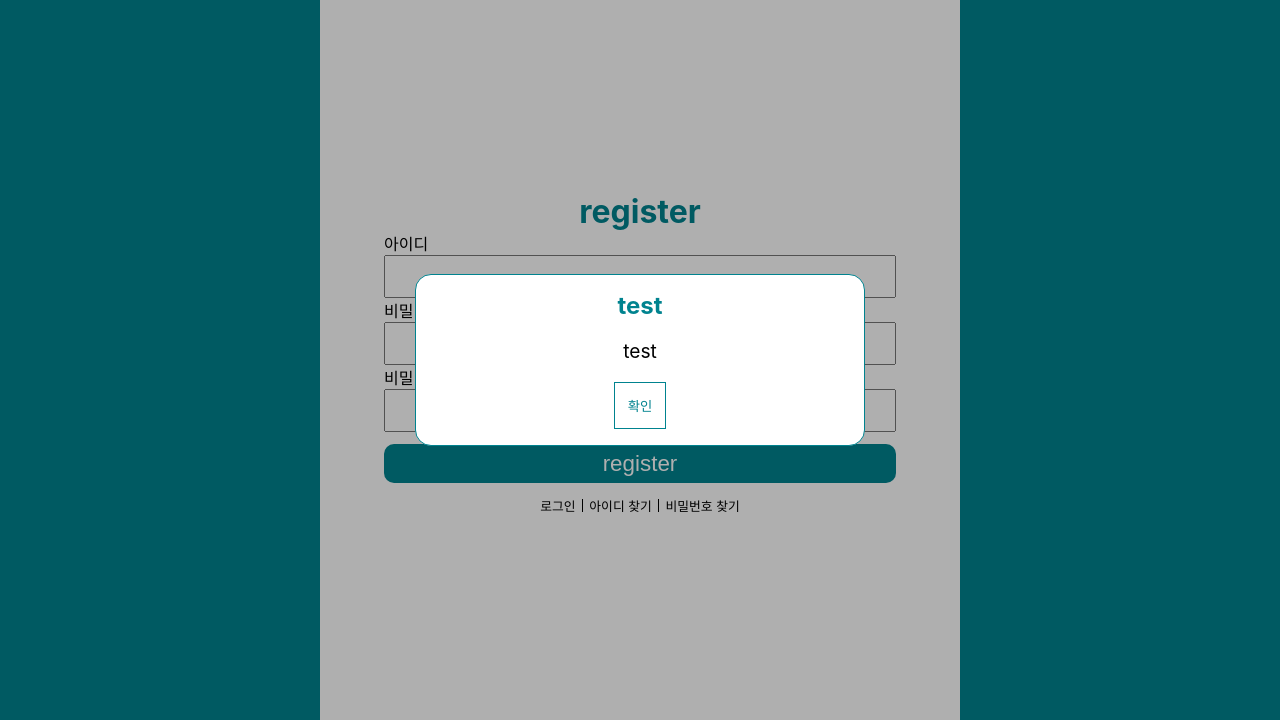
Repository: SeungYn/ticktickup-client
Page: /register
An editor plug-in stored every save of this project. The page is shown before and after the next save, followed by the edit.
The browser window is 1280 px wide. The pictures show the whole page.
The project was rebuilt for these pictures with package versions that can differ from the ones it lists, and the page was loaded fresh each time. Also part of the build but not shown: src/App.tsx, src/pages/Main.tsx, src/pages/TimeDetail.tsx, src/pages/MyInfo.tsx, src/containers/auth/LoginFormContainer.tsx, src/pages/LoginPage.tsx.

Above is the page before, as saved 2023-01-04 00:23:27.

### src/index.tsx
import React from 'react';
import ReactDOM from 'react-dom/client';
import { createBrowserRouter, RouterProvider } from 'react-router-dom';

import './index.css';
import App from './App';
import Main from './pages/Main';
import TimeDetail from './pages/TimeDetail';
import MyInfo from './pages/MyInfo';
import LoginContainer from './pages/LoginPage';
import RegisterPage from './pages/RegisterPage';
import { Provider } from 'react-redux';
import { store } from './modules';
import { ThemeProvider } from 'styled-components';

const root = ReactDOM.createRoot(
  document.getElementById('root') as HTMLElement
);

const router = createBrowserRouter([
  {
    path: '/',
    element: <App />,
    children: [
      { index: true, element: <Main /> },
      {
        path: 'TimeDetail',
        element: <TimeDetail />,
      },
      {
        path: 'Myinfo',
        element: <MyInfo />,
      },
    ],
  },
  {
    path: 'Login',
    element: <LoginContainer />,
  },
  {
    path: 'register',
    element: <RegisterPage />,
  },
]);

root.render(
  <Provider store={store}>
    <ThemeProvider theme={{ color: '#00838f' }}>
      <RouterProvider router={router}></RouterProvider>
    </ThemeProvider>
  </Provider>
);

### src/index.css
* {
  box-sizing: border-box;
}

html {
  height: 100%;
  width: 100%;
}

body {
  margin: 0;
  font-family: -apple-system, BlinkMacSystemFont, 'Segoe UI', 'Roboto', 'Oxygen',
    'Ubuntu', 'Cantarell', 'Fira Sans', 'Droid Sans', 'Helvetica Neue',
    sans-serif;
  -webkit-font-smoothing: antialiased;
  -moz-osx-font-smoothing: grayscale;
  height: 100%;
  width: 100%;
}

code {
  font-family: source-code-pro, Menlo, Monaco, Consolas, 'Courier New',
    monospace;
}

#root {
  height: 100%;
  width: 100%;
  background-color: #00838f;
  display: flex;
  justify-content: center;
}

input {
  outline: none;
}

h1,
h2 {
  margin: 0;
}

button {
  outline: none;
  background: none;
  border: none;
  cursor: pointer;
  padding: 0;
}

a {
  text-decoration: none;
  color: black;
}

a:visited {
  color: black;
}

### src/pages/RegisterPage.tsx
import React from 'react';
import RegisterFormContainer from '../containers/auth/RegisterFormContainer';

export default function RegisterPage() {
  const onSubmit = (e: React.FormEvent<HTMLFormElement>) => {
    e.preventDefault();
    console.log('submit');
  };
  return <RegisterFormContainer />;
}

### src/modules/index.ts
import { configureStore } from '@reduxjs/toolkit';
import authReducer from './auth';
import loadingReducer from './Loading';

export const store = configureStore({
  reducer: { auth: authReducer, loading: loadingReducer },
});
export type RootState = ReturnType<typeof store.getState>;
export type AppDispatch = typeof store.dispatch;

### src/containers/auth/RegisterFormContainer.tsx
import React from 'react';
import { useDispatch, useSelector } from 'react-redux';
import AuthForm from '../../components/auth/AuthForm';
import { AppDispatch, RootState } from '../../modules';
import { authRegister, changeField } from '../../modules/auth';

export default function RegisterFormContainer() {
  const { register, authError } = useSelector((state: RootState) => state.auth);
  const { loading } = useSelector((state: RootState) => state);
  const dispatch = useDispatch<AppDispatch>();
  const onSubmit = async (e: React.FormEvent<HTMLFormElement>) => {
    e.preventDefault();
    console.log('submit');

    const test = await dispatch(
      authRegister({ username: register.username, password: register.password })
    );
    console.log(test);
  };

  const onChange = (e: React.ChangeEvent<HTMLInputElement>) => {
    const { name, value } = e.target;
    dispatch(changeField({ form: 'register', name, value }));
  };
  console.log(authError);
  return (
    <AuthForm
      type={'register'}
      form={register}
      onChange={onChange}
      onSubmit={onSubmit}
      loading={loading.loading}
      passwordMatch={register.passwordMatch}
      authError={authError}
    />
  );
}

### src/modules/auth.ts
import { AxiosError, AxiosResponse } from 'axios';
import {
  createAsyncThunk,
  createSlice,
  current,
  PayloadAction,
} from '@reduxjs/toolkit';
import { AppDispatch } from '.';
import AuthService from '../service/authService';
import { finishLoading, startLoading } from './Loading';

const authService = AuthService.getHttpInstance();

export interface AuthSuccessResponse {
  username: string;
  token: string;
}

export interface AuthFailResponse {
  error: string;
}

export type Register = {
  username: string;
  password: string;
  passwordConfirm: string;
  passwordMatch: boolean;
  [key: string]: string | boolean;
};

export type Login = {
  username: string;
  password: string;
  [key: string]: string;
};

export const authRegister = createAsyncThunk<
  { token: string; username: string },
  { username: string; password: string },
  {
    rejectValue: AuthFailResponse;
    dispatch: AppDispatch;
  }
>('auth/REGISTER', async (form, thunkAPI) => {
  console.log('async');
  console.log(thunkAPI);
  thunkAPI.dispatch(startLoading());
  try {
    const res = (await authService.signup(
      form.username,
      form.password
    )) as AxiosResponse;

    return res.data;
  } catch (e) {
    //todo 에러메세지 가져오기

    return thunkAPI.rejectWithValue({ error: String(e) });
  } finally {
    thunkAPI.dispatch(finishLoading());
  }
});

export const authLogin = createAsyncThunk(
  'auth/LOGIN',
  async (form: Login, thunkAPI) => {
    thunkAPI.dispatch(startLoading());
    try {
      return { payload: { token: '123', username: '123' } };
    } catch (e) {
      return thunkAPI.rejectWithValue({ error: '123' });
    } finally {
      thunkAPI.dispatch(finishLoading());
    }
  }
);

interface InitialAuthFormState {
  register: Register;
  login: Login;
  authError: string | null | undefined;
  authDuplicateError: string | null;
  auth: null | { [key: string]: string };
}

const initialAuthFormState: InitialAuthFormState = {
  register: {
    username: '',
    password: '',
    passwordConfirm: '',
    passwordMatch: true,
  },

  login: {
    username: '',
    password: '',
  },
  authError: null,
  authDuplicateError: null,
  auth: null,
};

const authSlice = createSlice({
  name: 'authForm',
  initialState: initialAuthFormState,
  reducers: {
    changeField: (
      state,
      {
        payload,
      }: PayloadAction<{
        form: 'login' | 'register';
        value: string;
        name: string;
      }>
    ) => {
      const { form, name, value } = payload;

      state[form][name] = value;
      if (form === 'register') {
        if (state[form].password !== state[form].passwordConfirm)
          state[form].passwordMatch = false;
        else state[form].passwordMatch = true;
      }
    },
    initialForm: (
      state,
      { payload }: PayloadAction<{ form: 'login' | 'register' }>
    ) => {
      const { form } = payload;
      if (form === 'login') state[form] = initialAuthFormState[form];
      else state[form] = initialAuthFormState[form];
    },
  },
  extraReducers: (builder) => {
    builder
      .addCase(authRegister.pending, (state, action) => {
        state.authError = null;
        console.log('pending auth');
      })
      .addCase(authRegister.fulfilled, (state, action) => {
        state.auth = action.payload;
        console.log('fulfilled auth');
      })
      .addCase(authRegister.rejected, (state, action) => {
        state.authError = action.payload?.error;
      })
      .addCase(authLogin.pending, (state, action) => {
        console.log('pending');
      })
      .addCase(authLogin.fulfilled, (state, action) => {
        console.log('fulfilled');
      })
      .addCase(authLogin.rejected, (state, action) => {
        console.log('rejected');
      });
  },
});

export const { changeField, initialForm } = authSlice.actions;

export default authSlice.reducer;

### src/modules/Loading.ts
import { createSlice } from '@reduxjs/toolkit';

const loadingSlice = createSlice({
  name: 'loading',
  initialState: { loading: false },
  reducers: {
    startLoading: (state) => {
      console.log('startLoading');
      state.loading = true;
    },
    finishLoading: (state) => {
      state.loading = false;
    },
  },
});

export const { startLoading, finishLoading } = loadingSlice.actions;
export default loadingSlice.reducer;

### src/components/auth/AuthForm.tsx
import styles from './authForm.modue.scss';
import classNames from 'classnames';
import AuthBtn from '../common/AuthBtn';
import { Link } from 'react-router-dom';
import { Login, Register } from '../../modules/auth';
import { AppDispatch } from '../../modules';
import React from 'react';
import { css } from 'styled-components';
import ConfirmModal from '../common/ConfirmModal';
const cx = classNames.bind(styles);
interface AuthFormType {
  type: string;
  form: Login | Register;
  loading?: boolean;
  passwordMatch?: boolean;
  onSubmit: (e: React.FormEvent<HTMLFormElement>) => void;
  onChange: (e: React.ChangeEvent<HTMLInputElement>) => void;
  authError?: null | string;
}

export default function AuthForm({
  type,
  form,
  onChange,
  onSubmit,
  loading,
  passwordMatch,
  authError,
}: AuthFormType) {
  console.log(passwordMatch);
  return (
    <>
      {true && (
        <ConfirmModal
          title='test'
          content='test'
          callback={() => {}}
        ></ConfirmModal>
      )}
      <form className={cx('form')} onSubmit={onSubmit}>
        <h1>{type}</h1>
        <label htmlFor='username'>
          아이디
          <input
            type='text'
            name='username'
            onChange={onChange}
            value={form.username}
            required
          />
        </label>

        <label htmlFor='password'>
          비밀번호
          <input
            type='password'
            name='password'
            onChange={onChange}
            value={form.password}
            required
          />
        </label>

        {type === 'register' && (
          <label htmlFor='password' id='label-last'>
            <div>
              <span>비밀번호 확인</span>{' '}
              {!passwordMatch && (
                <span className={cx({ passwordNotMatch: !passwordMatch })}>
                  비밀번호를 확인해 주세요
                </span>
              )}
            </div>
            <input
              type='password'
              name='passwordConfirm'
              value={form.passwordConfirm}
              onChange={onChange}
              required
            />
          </label>
        )}
        {authError && <span style={{ color: 'red' }}>{authError}</span>}
        <AuthBtn title={type} />

        <div className={cx('footer')}>
          {type === 'login' ? (
            <Link to='/register' className={cx('footerBtn')}>
              회원가입
            </Link>
          ) : (
            <Link to='/login' className={cx('footerBtn')}>
              로그인
            </Link>
          )}
          <span className={cx('gap')}></span>
          <button className={cx('footerBtn')}>아이디 찾기</button>
          <span className={cx('gap')}></span>
          <button className={cx('footerBtn')}>비밀번호 찾기</button>
        </div>
      </form>
    </>
  );
}

### src/service/authService.ts
import { AxiosPromise, AxiosResponse } from 'axios';
import Http, { HttpInterface } from '../network/http';
export default class AuthService {
  private static instance: AuthService;

  private constructor(private http: HttpInterface) {}

  async signup(username: string, password: string) {
    const data = await this.http.fetch('/auth/signup', {
      method: 'POST',
      data: JSON.stringify({ username, password }),
    });
    console.log('data', data);
    return data;
  }

  public static getHttpInstance() {
    if (!AuthService.instance) {
      AuthService.instance = new AuthService(Http.getHttpInstance());
    }
    return AuthService.instance;
  }
}

### src/components/auth/authForm.modue.scss
@import '../../styles/utils.scss';

.form {
  width: 50%;
  min-width: 500px;
  height: 100%;
  display: flex;
  flex-direction: column;
  justify-content: center;
  align-items: center;
  background-color: $backgroundColor;
  padding: 0 4rem;

  & > *:not(label) {
    margin-bottom: 0.8rem;
  }

  & #label-last {
    margin-bottom: 0.8rem;
  }

  & > h1 {
    margin: 0;
    color: $main-color;
  }

  & input {
    font-size: 1.4rem;
    padding: 0.4rem 0;
  }

  & label {
    width: 100%;
    display: flex;
    flex-direction: column;
  }
}

.footer {
  display: flex;
  align-items: center;
}

.gap {
  display: inline-block;
  height: 0.8rem;
  border-left: 1px solid black;
}

.footerBtn {
  font-size: 0.8rem;
  padding: 0 0.4rem;
}

.passwordNotMatch {
  color: red;
}

@media (max-width: 800px) {
  .form {
  }
}

### src/components/common/AuthBtn.tsx
import styled from 'styled-components';

interface AuthBtnType {
  title: string;
}

const StyledInput = styled.button`
  width: 100%;

  font-size: 1.4rem;
  border: none;
  background: #00838f;
  border-radius: 10px;
  padding: 0.4rem 0;
  color: white;
  &:hover {
    cursor: pointer;
  }
`;

export default function AuthBtn({ title }: AuthBtnType) {
  return <StyledInput>{title}</StyledInput>;
}

### src/components/common/ConfirmModal.tsx
import styled from 'styled-components';

interface ModalType {
  title: string;
  content: string;
  callback: () => void;
}

export default function ConfirmModal({ title, content, callback }: ModalType) {
  return (
    <ModalContainer>
      <ModalContent>
        <h2>{title}</h2>
        <p>{content}</p>
        <button onClick={callback}>확인</button>
      </ModalContent>
    </ModalContainer>
  );
}

const ModalContainer = styled.div`
  width: 100%;
  height: 100%;
  position: fixed;
  background-color: rgba(0, 0, 0, 0.312);
  display: flex;
  justify-content: center;
  align-items: center;
`;

const ModalContent = styled.div`
  width: 450px;
  padding: 1rem;
  display: flex;
  flex-direction: column;
  justify-content: center;
  align-items: center;
  border: 1px solid ${(props) => props.theme.color};
  background-color: white;
  border-radius: 1rem;
  & h2 {
    color: ${(props) => props.theme.color};
  }
  & p {
    font-size: 1.2rem;
  }

  & button {
    color: ${(props) => props.theme.color};
    border: 1px solid ${(props) => props.theme.color};
    padding: 0.8rem;
  }
`;

### src/network/http.ts
import axios, {
  AxiosError,
  AxiosInstance,
  AxiosInterceptorOptions,
  AxiosRequestConfig,
  AxiosResponse,
} from 'axios';

export interface HttpInterface {
  fetch: (
    url: string,
    options: AxiosRequestConfig
  ) => Promise<AxiosResponse | AxiosError>;
}

export default class Http implements HttpInterface {
  private static instance: Http;
  private readonly client: AxiosInstance;
  private constructor(baseURL: string) {
    this.client = axios.create({
      baseURL: baseURL,
      withCredentials: true,
    });
  }

  async fetch(
    url: string,
    options: AxiosRequestConfig
  ): Promise<AxiosResponse> {
    this.client.defaults.headers.post['Content-Type'] = 'application/json';
    const { data, method, headers } = options;
    const request = {
      url,
      method,
      headers: {
        ...headers,
      },
      data,
    };
    let res: AxiosResponse;

    try {
      res = await this.client(request);
      return res;
    } catch (e) {
      if (axios.isAxiosError(e)) {
        const message = e.response?.data?.message;
        if (message) {
          throw new Error(message);
        }
      }
      throw new Error('Connect Error');
    }
  }
  public static getHttpInstance() {
    if (!Http.instance) {
      Http.instance = new Http(process.env.REACT_APP_BASE_URL as string);
    }
    return Http.instance;
  }
}

const a: HttpInterface = Http.getHttpInstance();

### src/styles/utils.scss
@import '~include-media/dist/include-media';

$red: #fa5252;
$orange: #fd7e14;
$yellow: #fcc419;
$green: #40c057;
$blue: #339af0;
$indigo: #5c7cfa;
$violet: #7950f2;
$backgroundColor: white;
$main-color: #00838f;
$font-size-medium: 1.2rem;
@mixin square($size) {
  $calculated: 32px * $size;
  width: $calculated;
  height: $calculated;
}

Loaded but not shown: public/index.html (common file)

After the next save:
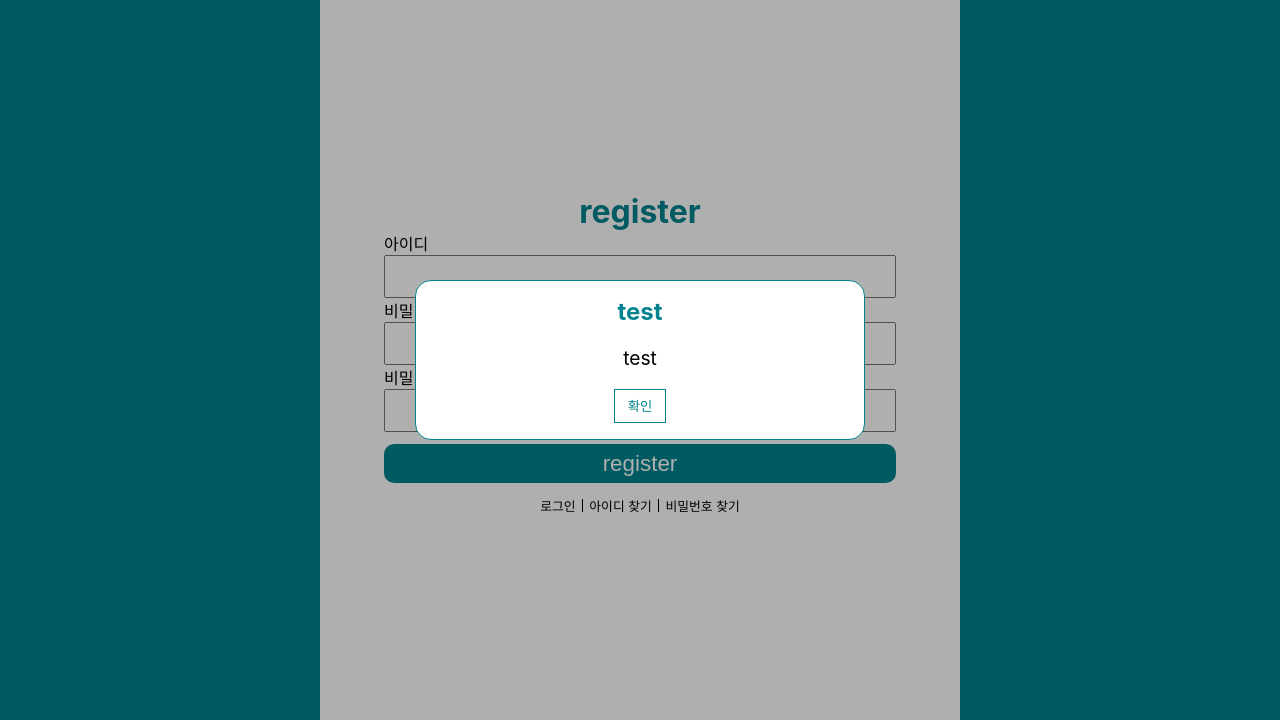
Saved 6 s later.
--- a/src/components/common/ConfirmModal.tsx
+++ b/src/components/common/ConfirmModal.tsx
@@ -48,6 +48,6 @@ const ModalContent = styled.div`
   & button {
     color: ${(props) => props.theme.color};
     border: 1px solid ${(props) => props.theme.color};
-    padding: 0.8rem;
+    padding: 0.4rem 0.8rem;
   }
 `;
